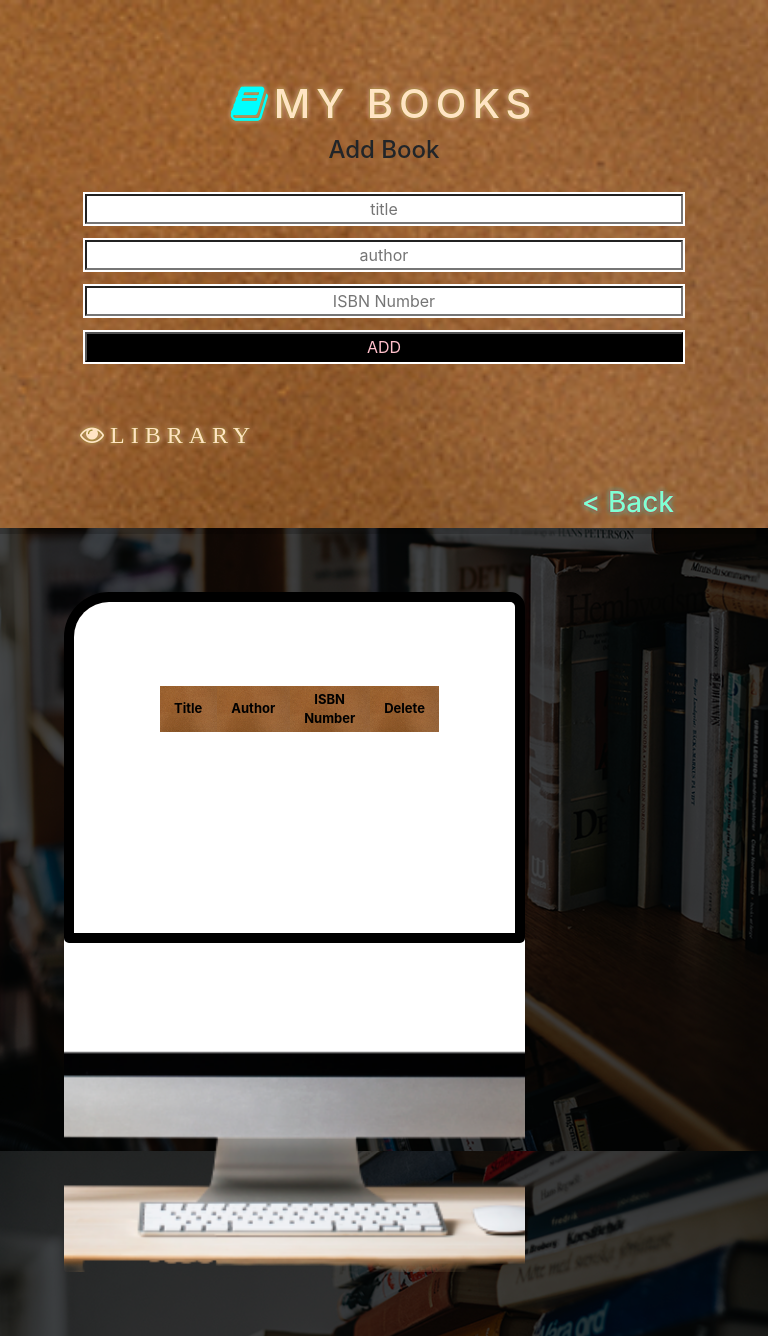
Repository: CSituma/Home-Library-App
Page: libu.html
An editor plug-in stored every save of this project. The page is shown before and after the next save, followed by the edit.
The browser window is 768 px wide. The pictures show the whole page.
Backgrounds fixed to the window are drawn as part of the page. Some web libraries are served in a nearby version.

Above is the page before, as saved 2020-11-10 22:06:33.

After the next save:
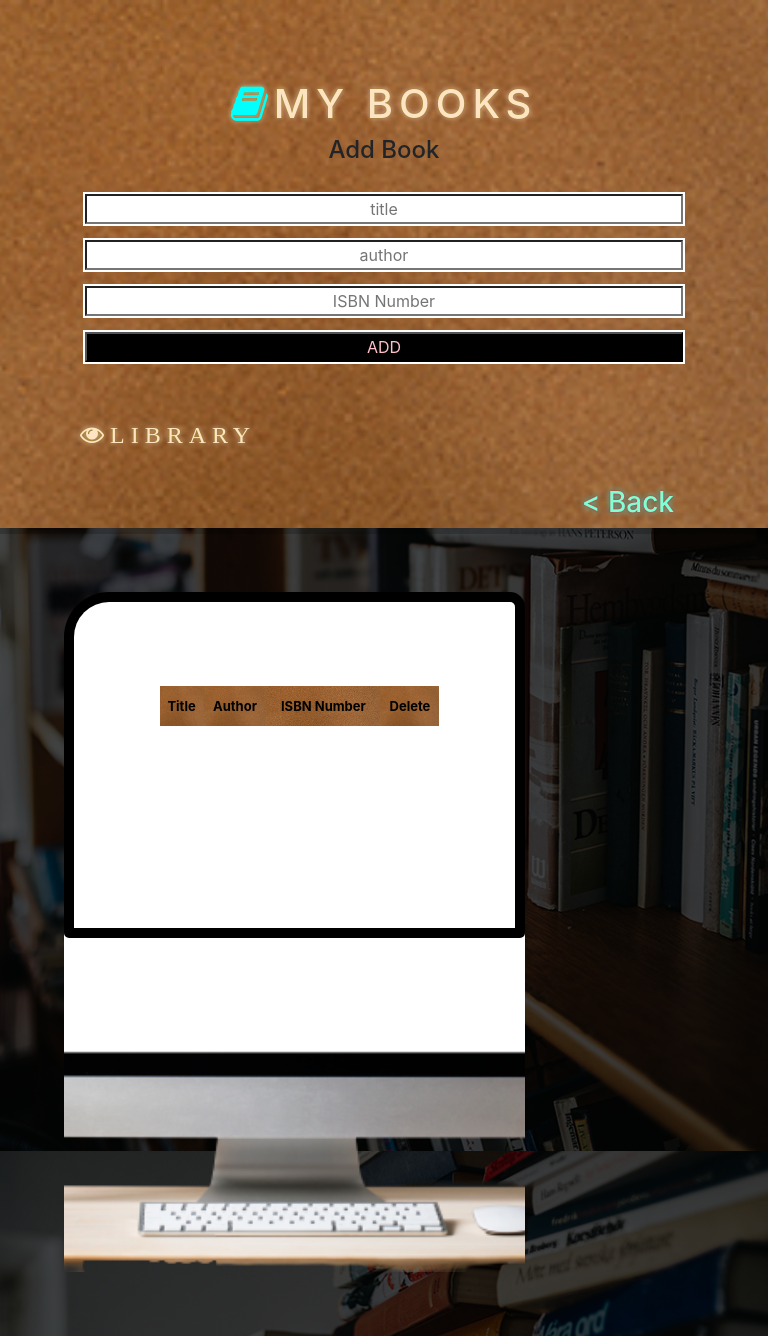
Saved 25 s later.
--- a/style.css
+++ b/style.css
@@ -245,7 +245,8 @@ text-shadow: 0 0 3px olive, 0 0 5px pink;
 th{
   margin: 0;
   padding: 0.2rem;
-  width:190rem;
+position: relative;
+top: 0;
 
 }
 .js{
